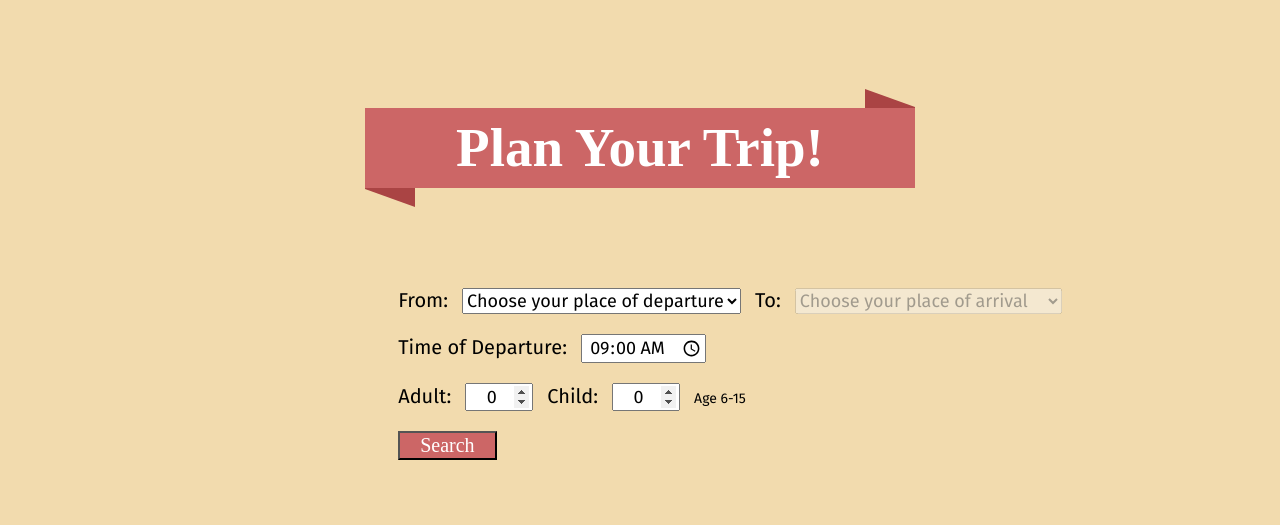
Repository: bbh0607/bae_dNation
Page: public/index.html
The author's editor kept a copy of each file at every save. The page is drawn from the files as they stood at one save, then again after a run of saves.
The browser window is 1280 px wide. The pictures show the whole page.
Some web fonts or font styles are not loaded; a fallback is used.

Above is the page before, as saved 2020-02-01 04:00:29.

### public/index.html
<!DOCTYPE html>
<html lang="en">
  <head>
    <meta charset="UTF-8" />
    <link rel="stylesheet" type="text/css" href="./css/style.css" />
    <link rel="stylesheet" href="https://fonts.googleapis.com/css?family=Fira+Sans">
    <script src="js/script.js"></script>
    <title>My Website</title>
  </head>
  <body>
    <h1>Plan Your Trip!</h1>
    <form action="result.html" method="POST">
      <ul>
        <li>
          <label for="from">From:</label>
          <select id="fromSelect" name="from" onchange="removeDuplicate(this)" required>
            <option value="DEFAULT" selected disabled hidden>Choose your place of departure</option>
            <option value="KLIA">KLIA (KL International Airport)</option>
            <option value="KLIA2">KLIA2 (Airport Terminal 2)</option>
            <option value="SENTRAL">KL Sentral</option>
            <option value="OTHER">Other..</option>
          </select>
          <label for="to">To:</label>
          <select id="toSelect" name="to" onchange="removeDuplicate(this)" disabled required>
            <option value="DEFAULT" selected disabled hidden>Choose your place of arrival</option>
            <option value="KLIA">KLIA (KL International Airport)</option>
            <option value="KLIA2">KLIA2 (Airport Terminal 2)</option>
            <option value="SENTRAL">KL Sentral</option>
            <option value="OTHER">Other..</option>
          </select>
        </li>
        <li>
          <label for="deptime">Time of Departure:</label>
          <input type="time" id="deptime" name="deptime" value="09:00" required>
        </li>
        <li>
          <label for="adult">Adult:</label>
          <input type="number" id="adult" name="adult" value="0" min='0' required>
          <label for="child">Child:</label>
          <input type="number" id="child" name="child" value="0" min='0' required>
          <small>Age 6-15</small>
        </li>
        <li>
          <input type="submit" value="Search">
        </li>
      </ul>
    </form a>
  </body>
</html>

### public/css/style.css
/* body {
  background-color: aquamarine;
} */

@import url(https://fonts.googleapis.com/css?family=Patua+One);

body {
  background-color:#F2DBAE;
  align-content: center;
}

h1 {
  background-color:#c66;
  width:550px; height:80px;
  line-height:80px;
  font-size:55px;
  text-align:center;
  position:relative;
  margin:100px auto;
  font-family: 'Patua One', cursive;
  color:#fff;
  }

h1:before, h1:after {
  background-color:#a44;
  width:50px; height:80px;
  content:'';
  display:block;
  transform:skewY(20deg);
  position:absolute;
  z-index:-1;
}

h1:before {top:10px; left:0; }
h1:after {top:-10px; right:0; }

label {
  font-size: 20px;
  font-family: "Fira Sans", sans-serif;
  margin-right: 10px;
}

ul {
  list-style-type: none;
  justify-self: center;
  margin-left: 150px;
}

li {
  margin-top: 20px;
}

select {
  font-family: "Fira Sans", sans-serif;
  font-size: 18px;
  margin-right: 10px;
}

input[type="submit"]{
  background-color: #c66;
  color: #fff;
  font-size: 20px;
  font-family: 'Patua One', cursive;
  padding-left: 20px;
  padding-right: 20px
}

input[type="number"]{
  width: 60px;
  text-align: center;
  margin-right: 10px;
  font-family: "Fira Sans", sans-serif;
  font-size: 18px;
}

input[type="time"]{
  width: 120px;
  text-align: center;
  font-family: "Fira Sans", sans-serif;
  font-size: 18px;
}

small {
  font-family: "Fira Sans", sans-serif;
  font-size: 14px;
}

input[type='number']::-webkit-inner-spin-button,
input[type='number']::-webkit-outer-spin-button {
    opacity: 1;
}

input[type='time']::-webkit-inner-spin-button,
input[type='time']::-webkit-outer-spin-button {
    opacity: 1;
}

### public/js/script.js
function removeDuplicate(element) {
    const changedId = element.id;
    const comparisonId = changedId == 'fromSelect'? 'toSelect': 'fromSelect';
    const changed = document.getElementById(changedId);
    const compare = document.getElementById(comparisonId)
    if (
      changed.options[changed.selectedIndex].value ==
      compare.options[compare.selectedIndex].value
    ) compare.value="DEFAULT"
    document.getElementById(comparisonId).disabled = false;
}

After the next 4 saves:
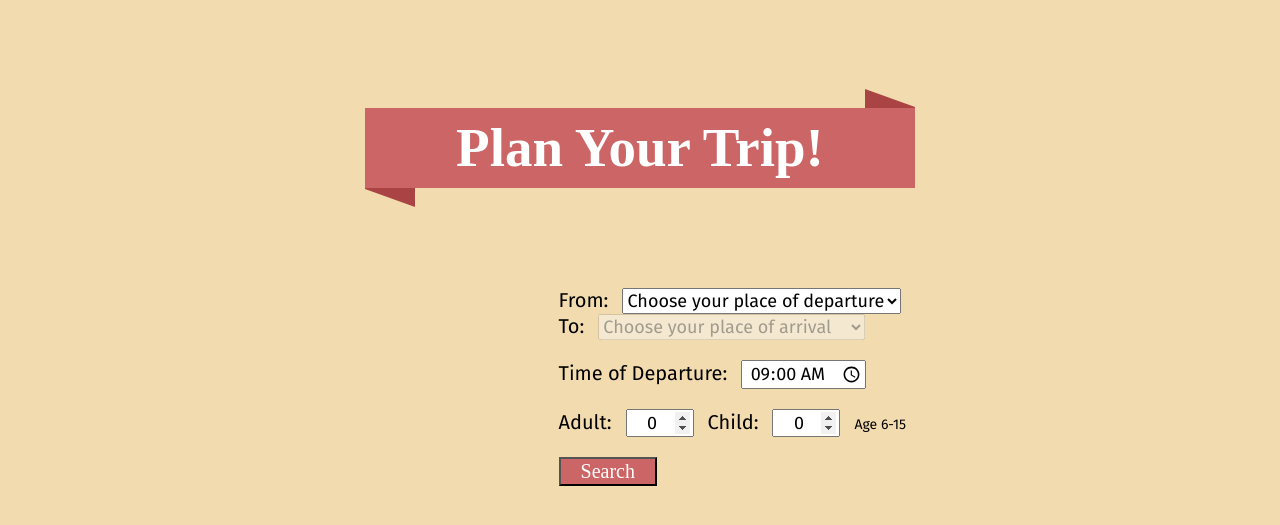
The 4 saves are shown as one change because they came seconds apart.
The last was saved 29 s later.
--- a/public/index.html
+++ b/public/index.html
@@ -20,6 +20,7 @@
             <option value="SENTRAL">KL Sentral</option>
             <option value="OTHER">Other..</option>
           </select>
+        </form>
           <label for="to">To:</label>
           <select id="toSelect" name="to" onchange="removeDuplicate(this)" disabled required>
             <option value="DEFAULT" selected disabled hidden>Choose your place of arrival</option>
